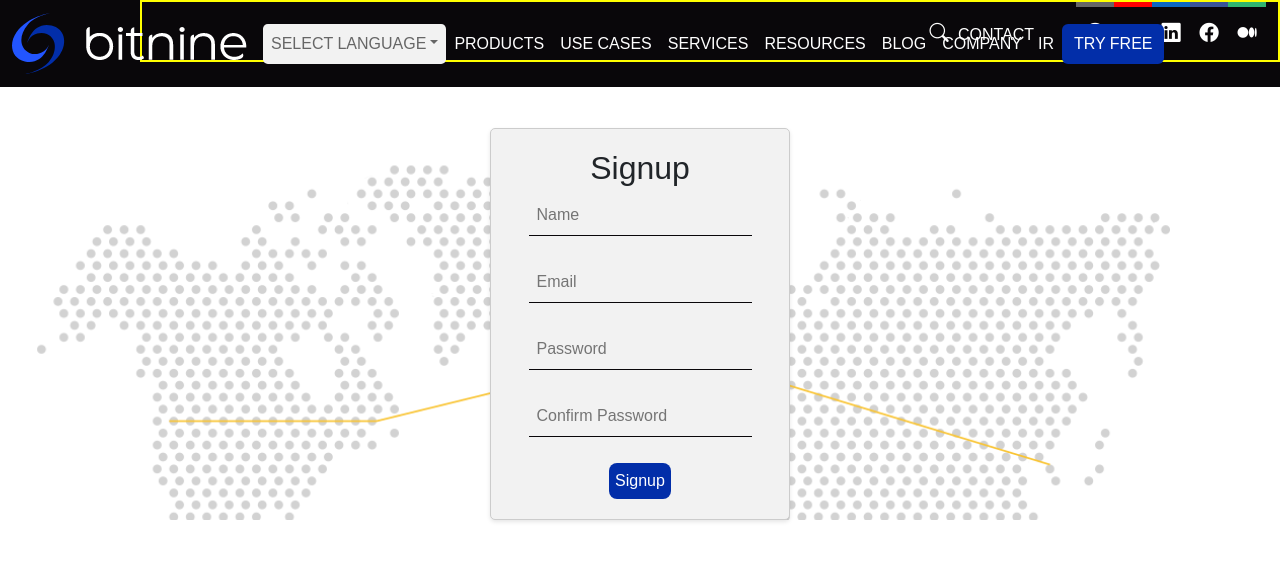
Repository: devblackie/signinpage
Page: /
An editor plug-in stored every save of this project. The page is shown before and after the next save, followed by the edit.
The browser window is 1280 px wide. The pictures show the whole page.
Some web fonts or font styles are not loaded; a fallback is used. The project was rebuilt for these pictures with package versions that can differ from the ones it lists, and the page was loaded fresh each time. Also part of the build but not shown: vite.config.js, src/components/Login.jsx, src/components/Dashboard.jsx, src/components/Home.jsx, src/components/ProtectedDashboard.jsx.

Above is the page before, as saved 2023-08-28 17:27:08.

### index.html
<!doctype html>
<html lang="en">
  <head>
    <meta charset="UTF-8" />
    <link rel="preconnect" href="https://fonts.googleapis.com">
<link rel="preconnect" href="https://fonts.gstatic.com" crossorigin>
<link href="https://fonts.googleapis.com/css2?family=Monda:wght@400;700&display=swap" rel="stylesheet">
    <link rel="stylesheet" href="https://cdn.jsdelivr.net/npm/bootstrap-icons@1.10.5/font/bootstrap-icons.css">
    <link href="https://cdn.jsdelivr.net/npm/bootstrap@5.3.1/dist/css/bootstrap.min.css" rel="stylesheet" integrity="sha384-4bw+/aepP/YC94hEpVNVgiZdgIC5+VKNBQNGCHeKRQN+PtmoHDEXuppvnDJzQIu9" crossorigin="anonymous">
    <meta name="viewport" content="width=device-width, initial-scale=1.0" />
    <title>Bitnine Login</title>
  </head>
  <body>
    <div id="root"></div>
    <script type="module" src="/src/main.jsx"></script>
    <script src="https://cdn.jsdelivr.net/npm/bootstrap@5.3.1/dist/js/bootstrap.bundle.min.js" integrity="sha384-HwwvtgBNo3bZJJLYd8oVXjrBZt8cqVSpeBNS5n7C8IVInixGAoxmnlMuBnhbgrkm" crossorigin="anonymous"></script>
  </body>
</html>

### src/main.jsx
import React from "react";
import ReactDOM from "react-dom";
import App from "./App";
import { UserProvider } from "./components/UserContext";

ReactDOM.render(
  <UserProvider>
    <App />
  </UserProvider>,
  document.getElementById("root")
);

### src/App.jsx
import React, { useState } from "react";
import { BrowserRouter as Router, Route, Routes } from "react-router-dom";
import Signup from "./components/Signup";
import Login from "./components/Login";
import Dashboard from "./components/Dashboard";
import Home from "./components/Home";
import ProtectedDashboard from "./components/ProtectedDashboard";
import "./App.css";

const App = () => {
  const [isAuthenticated, setIsAuthenticated] = useState(false);

  const handleLogin = () => {
    setIsAuthenticated(true);
  };

  return (
    <Router>
      <Routes>
        <Route
          path="/"
          element={
            <div>
              <Signup handleLogin={handleLogin} />
              {/* <Login handleLogin={handleLogin} /> */}
            </div>
          }
        />
        <Route
          path="/dashboard"
          // element={<ProtectedDashboard isAuthenticated={isAuthenticated} />}
          element={<Dashboard />}
        />
        <Route
          path="/home"
          // element={<ProtectedDashboard isAuthenticated={isAuthenticated} />}
          element={<Home />}
        />
      </Routes>
    </Router>
  );
};

export default App;

### src/components/UserContext.jsx
import React, { createContext, useContext, useState } from "react";

const UserContext = createContext();

export function UserProvider({ children }) {
  const [userName, setUserName] = useState("");

  return (
    <UserContext.Provider value={{ userName, setUserName }}>
      {children}
    </UserContext.Provider>
  );
}

export function useUser() {
  return useContext(UserContext);
}

### src/components/Signup.jsx
import React, { useState } from "react";
import "./signup.css";
import { useUser } from "./UserContext";
import { useNavigate } from "react-router-dom";
import Header from "./Header";

const Signup = ({ handleLogin }) => {
  // States for registration
  const [email, setEmail] = useState("");
  const [name, setName] = useState("");
  const [password, setPassword] = useState("");
  const [cpassword, setCPassword] = useState("");
  const [formErrors, setFormErrors] = useState({});
  const navigate = useNavigate();
  const { setUserName } = useUser(); // Ret

  // State for tracking submission status
  const [submissionStatus, setSubmissionStatus] = useState("none"); // Possible values: "none", "success", "error"

  // Handling input changes
  const handleInputChange = (e) => {
    const { name, value } = e.target;
    if (name === "name") setName(value);
    if (name === "email") setEmail(value);
    if (name === "password") setPassword(value);
    if (name === "cpassword") setCPassword(value);
    setSubmissionStatus("none");
  };

  const handleSignform = (e) => {
    e.preventDefault();
    const errors = validateForm();
    if (Object.keys(errors).length === 0) {
      setSubmissionStatus("success");
      setUserName(name); // Set the userName in the context
    } else {
      setFormErrors(errors);
      setSubmissionStatus("error");
    }
  };

  // Form validations
  const validateForm = () => {
    const errors = {};
    const regex = /^[^\s+@]+@[^\s@]+\.[^\s@]{2,}$/i;

    if (!name) errors.name = "Name is required";
    if (!email) errors.email = "Email is required";
    else if (!regex.test(email))
      errors.email = "This is not a valid email format!";

    if (!password) errors.password = "Password is required";
    else if (password.length < 4)
      errors.password = "Password must be more than 4 characters";
    else if (password.length > 10)
      errors.password = "Password cannot exceed more than 10 characters";

    if (!cpassword) errors.cpassword = "Confirm Password is required";
    else if (cpassword !== password)
      errors.cpassword = "Confirm password and password should be the same";
    return errors;
  };

  return (
    <>
      <Header userName={name} />
      <div className="form-container">
        {submissionStatus === "success" ? (
          <div className="success">
            <h1>User {name} successfully registered!!</h1>
            <a onClick={() => navigate("/home")}>
              Click to continue to the main site
            </a>
          </div>
        ) : (
          <form onSubmit={handleSignform}>
            <h2>Signup</h2>
            <input
              type="text"
              name="name"
              placeholder="Name"
              value={name}
              onChange={handleInputChange}
            />
            <p className="error">{formErrors.name}</p>
            <input
              type="email"
              name="email"
              placeholder="Email"
              value={email}
              onChange={handleInputChange}
            />
            <p className="error">{formErrors.email}</p>
            <input
              type="password"
              name="password"
              placeholder="Password"
              value={password}
              onChange={handleInputChange}
            />
            <p className="error">{formErrors.password}</p>
            <input
              type="password"
              placeholder="Confirm Password"
              value={cpassword}
              name="cpassword"
              onChange={handleInputChange}
            />
            <p className="error">{formErrors.cpassword}</p>
            <button className-="bton" type="submit">
              Signup
            </button>
          </form>
        )}
      </div>
    </>
  );
};

export default Signup;

### src/App.css
#root {
  max-width: 1280px;
  margin: 0 auto;
  padding: 2rem;
  text-align: center;
}
.btn1{background-color:#022ea9;
  color:#fff;
  outline:none;
  border:none;}
  .btn1:hover{
    color:orange;
    background-color:#022ea9;
  }


@media (prefers-reduced-motion: no-preference) {
  a:nth-of-type(2) .logo {
    animation: logo-spin infinite 20s linear;
  }
}

.card {
  padding: 2em;
}

.read-the-docs {
  color: #888;
}

### src/components/signup.css
form .error {
  color: red;
  font-size: 12px;
}
.form-container {
  background-image: url("../assets/map2.png");
  background-size: cover;
  background-repeat: no-repeat;
  font-family: "Monda", sans-serif;
  margin-top: 6em;
}
form {
  background-color: #f2f2f2;
  max-width: 300px;
  margin: 0 auto;
  padding: 20px;
  border: 1px solid #ccc;
  border-radius: 5px;
  box-shadow: 0 2px 4px rgba(0, 0, 0, 0.1);
}
form input {
  margin-bottom: 10px;
  padding: 8px;
  border: none;
  border-bottom: 1px solid #09070a;
  /* border-radius: 3px; */
  background-color: transparent;
}
input:focus,
input:focus-visible {
  outline: none;
  background-color: inherit;
}
form button {
  background-color: #022ea9;
  color: #fff;
  outline: none;
  border: none;
  border-radius: 8px;
  padding: 6px;
}
button:hover {
  color: orange;
  background-color: #022ea9;
}

### src/components/Header.jsx
import React from "react";
import "./style/navbar.css";
import {useUser} from "./UserContext"   //Path to UserContext file
import Logo from "../assets/bitnine-logo_.png";

export default function Header() {
  const {userName}= useUser() //Retrieve userName from the context
  return (
    <>
      <div className="fixed-top header">
        <header class="topbar">
          <div class="container">
            <div class="row">
              {/* <!-- social icon--> */}
              <div class="col-sm-12">
                <ul class="social-network">
                  <div className="hovver">
                    <li>
                      <a class="waves-effect waves-dark" id="hovver" href="#">
                        <i class="bi bi-search"></i>
                      </a>
                    </li>
                    <li>
                      <a
                        class="waves-effect waves-dark tact"
                        id="hovver"
                        href="#"
                      >
                        contact
                      </a>
                    </li>
                  </div>
                  <div className="soc">
                    <li id="git">
                      <a class="waves-effect waves-dark" href="#">
                        <i class="bi bi-github"></i>
                      </a>
                    </li>
                    <li id="youtube">
                      <a class="waves-effect waves-dark" href="#">
                        <i class="bi bi-youtube"></i>
                      </a>
                    </li>
                    <li id="in">
                      <a class="waves-effect waves-dark" href="#">
                        <i class="bi bi-linkedin"></i>
                      </a>
                    </li>
                    <li id="fb">
                      <a class="waves-effect waves-dark" href="#">
                        <i class="bi bi-facebook"></i>
                      </a>
                    </li>
                    <li id="medium">
                      <a class="waves-effect waves-dark" href="#">
                        <i class="bi bi-medium"></i>
                      </a>
                    </li>
                  </div>
                </ul>
                <p className="text warning">{userName}</p>
              </div>
            </div>
          </div>
        </header>
        <nav className="navbar navbar-expand-lg">
          <div className="container-fluid">
            <a className="navbar-brand" href="#">
              <img src={`${Logo}`} alt="logo" />
            </a>

            <div
              className="collapse navbar-collapse"
              id="navbarSupportedContent"
            >
              <ul className="navbar-nav me-auto mb-2 mb-lg-0">
                <li className="nav-item dropdown">
                  <a
                    className="nav-link dropdown-toggle color-tertiary"
                    href="#"
                    role="button"
                    data-bs-toggle="dropdown"
                    aria-expanded="false"
                  >
                    Select Language
                  </a>
                  <ul className="dropdown-menu">
                    <li>
                      <a className="dropdown-item" href="#">
                        English
                      </a>
                    </li>
                    <li>
                      <a className="dropdown-item" href="#">
                        한국
                      </a>
                    </li>
                  </ul>
                </li>
                <li className="nav-item">
                  <a className="nav-link" href="#">
                    products
                  </a>
                </li>
                <li className="nav-item">
                  <a className="nav-link" href="#">
                    use cases
                  </a>
                </li>
                <li className="nav-item">
                  <a className="nav-link" href="#">
                    services
                  </a>
                </li>
                <li className="nav-item">
                  <a className="nav-link" href="#">
                    resources
                  </a>
                </li>
                <li className="nav-item">
                  <a className="nav-link" href="#">
                    blog
                  </a>
                </li>
                <li className="nav-item">
                  <a className="nav-link" href="#">
                    company
                  </a>
                </li>
                <li className="nav-item">
                  <a className="nav-link" href="#">
                    ir
                  </a>
                </li>

                <button class="btn btn-outline-primary" type="submit">
                  TRY FREE
                </button>
              </ul>
            </div>
          </div>
        </nav>
      </div>
    </>
  );
}

### src/components/style/navbar.css
.header {
  background-color: #09070a;
  font-family: "Monda", sans-serif;
}
.nav-item .nav-link {
  color: #fff;
  text-transform: uppercase;
}
.nav-item .nav-link:active {
  color: orange;
}
.dropdown {
  background-color: #f2f2f2;
  border-radius: 0.3rem;
  .nav-link {
    color: #666666;
  }
}
.topbar .container {
  border: 2px solid yellow;

  position: absolute;
  right: 0;
}

.topbar .container .row {
  /* margin: -7px; */
}

ul.social-network {
  border: none;
  display: flex;
  list-style: none;
  margin: 5px 0 10px -25px;
  float: right;
}
ul.social-network .hovver {
  margin-right: 3rem;
}
ul.social-network .soc {
  margin-left: 2rem;
  margin-right: 0;
}
ul.social-network .soc #git,
#youtube,
#in,
#fb,
#medium {
  position: relative;
}
ul.social-network .soc #git::before {
  content: "";
  position: absolute;
  top: -100%;
  left: 0;
  width: 100%;
  height: 100%;
  background-color: #666666;
  transition: top 0.3s ease; /* Transition effect for sliding */
  z-index: -1;
}
ul.social-network .soc #git:hover::before,
ul.social-network .soc #youtube:hover::before,
ul.social-network .soc #in:hover::before,
ul.social-network .soc #fb:hover::before,
ul.social-network .soc #medium:hover::before {
  top: 0; /* Slide the background from the top */
}

ul.social-network .soc #youtube::before {
  content: "";
  position: absolute;
  top: -100%;
  left: 0;
  width: 100%;
  height: 100%;
  background-color: red;
  transition: top 0.3s ease; /* Transition effect for sliding */
  z-index: -1;
}
ul.social-network .soc #in::before {
  content: "";
  position: absolute;
  top: -100%;
  left: 0;
  width: 100%;
  height: 100%;
  background-color: #0a66c2;
  transition: top 0.3s ease; /* Transition effect for sliding */
  z-index: -1;
}
ul.social-network .soc #fb::before {
  content: "";
  position: absolute;
  top: -100%;
  left: 0;
  width: 100%;
  height: 100%;
  background-color: #395498;
  transition: top 0.3s ease; /* Transition effect for sliding */
  z-index: -1;
}
ul.social-network .soc #medium::before {
  content: "";
  position: absolute;
  top: -100%;
  left: 0;
  width: 100%;
  height: 100%;
  background-color: #30b570;
  transition: top 0.3s ease; /* Transition effect for sliding */
  z-index: -1;
}

ul.social-network .soc li {
  border: none;
  margin: 0;
}
ul.social-network li a {
  text-decoration: none;
  text-transform: uppercase;
}
ul.social-network li a#hovver:hover {
  color: #666666;
  font-weight: 700;
  font-family: "Monda", sans-serif;
}

ul.social-network li i {
  font-size: 1.2rem;
  margin: 0;
}

ul.social-network li {
  padding: 13px 0 0;
  width: 38px;
  display: inline-block;
  text-align: center;
  height: 40px;
  vertical-align: baseline;
}

.btn {
  background-color: #022ea9;
  color: #fff;
  outline: none;
  border: none;
}
.btn:hover {
  color: orange;
  background-color: #022ea9;
}
.waves-effect {
  color: #fff;
}

After the next save:
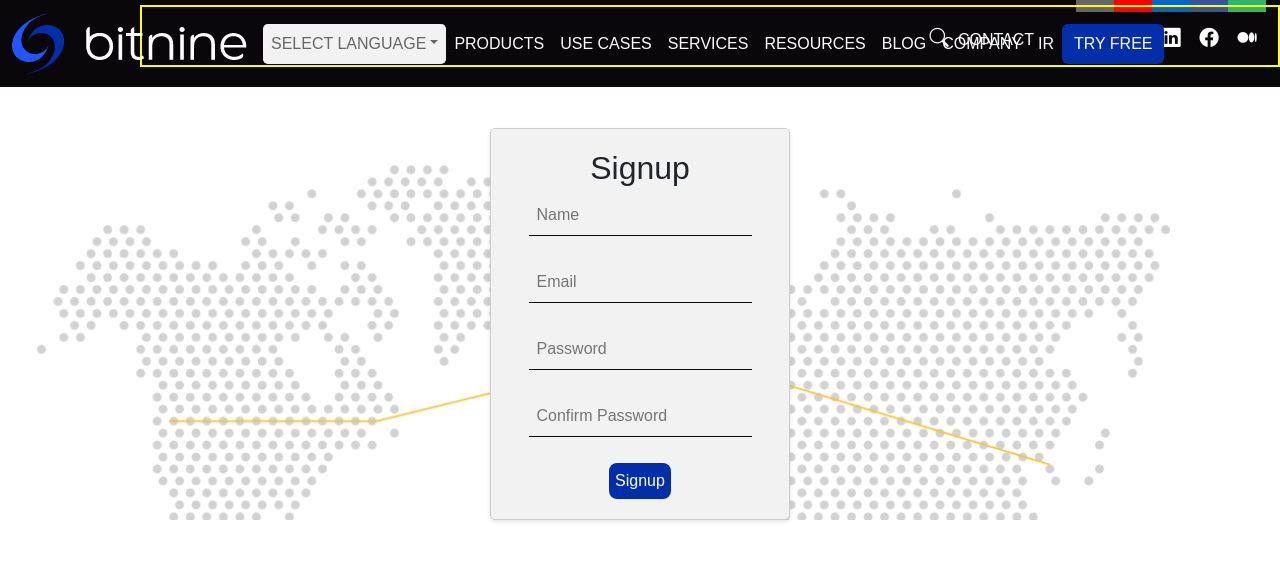
Saved 5 s later.
--- a/src/components/style/navbar.css
+++ b/src/components/style/navbar.css
@@ -18,6 +18,7 @@
 }
 .topbar .container {
   border: 2px solid yellow;
+  margin: 5px 0 10px -25px;
 
   position: absolute;
   right: 0;
